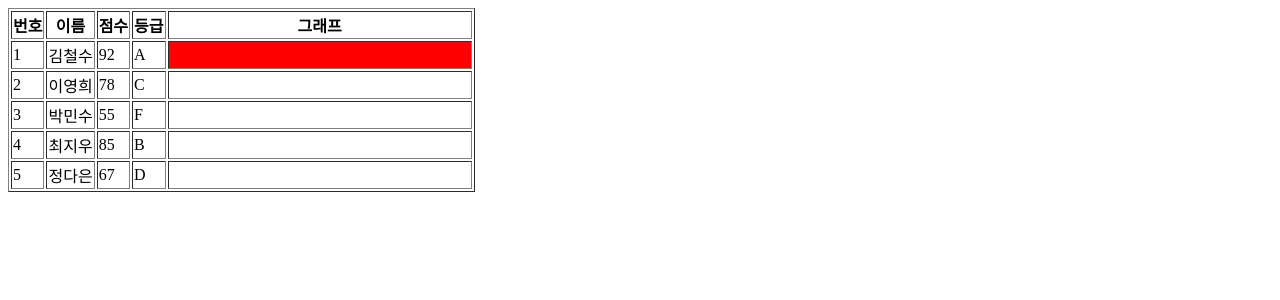
Repository: kkj68106810-dot/jsp2026
Page: http://localhost/chapter01/example_score.jsp
An editor plug-in stored every save of this project. The page is shown before and after the next save, followed by the edit.
The browser window is 1280 px wide. The pictures show the whole page.
The page is served by Tomcat 9.

Above is the page before, as saved 2026-10-16 05:11:39.

After the next save:
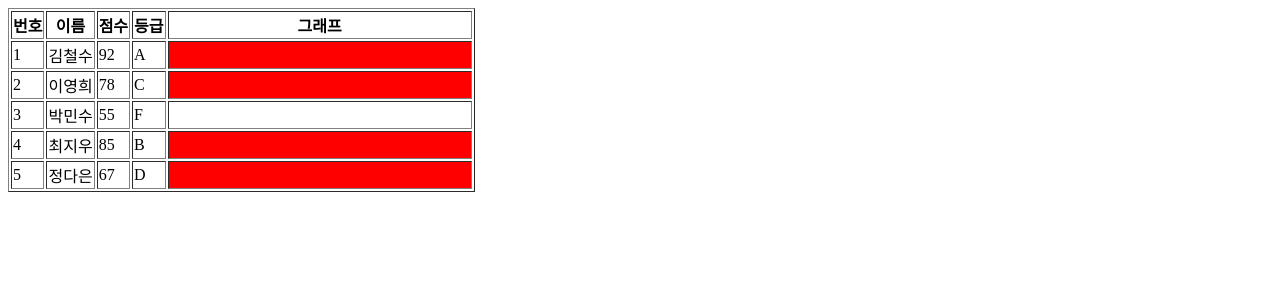
Saved 49 s later.
--- a/chapter01/src/main/webapp/example_score.jsp
+++ b/chapter01/src/main/webapp/example_score.jsp
@@ -11,6 +11,26 @@
 	}
 	.score.A{
 		width: 100%;
+		height: 60%;
+		background-color: red;
+	}
+	.score.B{
+		width: 90%;
+		height: 60%;
+		background-color: red;
+	}
+	.score.C{
+		width: 80%;
+		height: 60%;
+		background-color: red;
+	}
+	.score.D{
+		width: 70%;
+		height: 60%;
+		background-color: red;
+	}
+	.score.D{
+		width: 60%;
 		height: 60%;
 		background-color: red;
 	}
